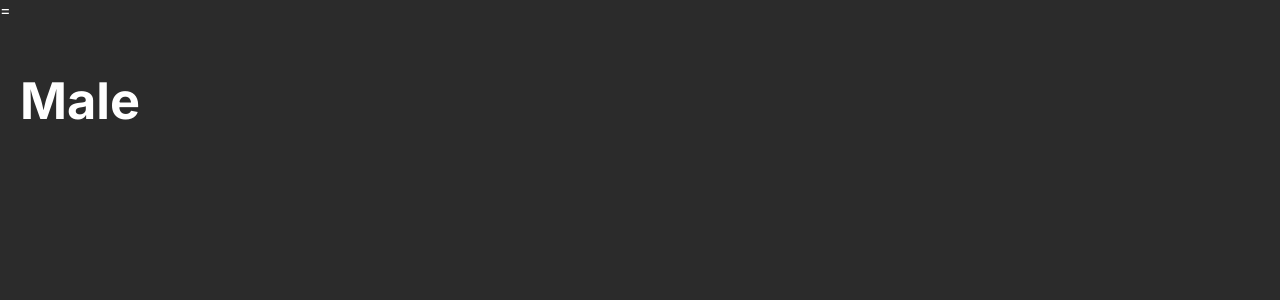
Repository: devhabeeblateef/tictactoe
Page: /
These files come from the project's save history. The page is drawn as it stood at one moment and after the next save; the edit follows.
The browser window is 1280 px wide. The pictures show the whole page.
The project was rebuilt for these pictures with package versions that can differ from the ones it lists, and the page was loaded fresh each time. Also part of the build but not shown: src/App.css.

Above is the page before, as saved 2022-06-17 01:00:49.

After the next save:
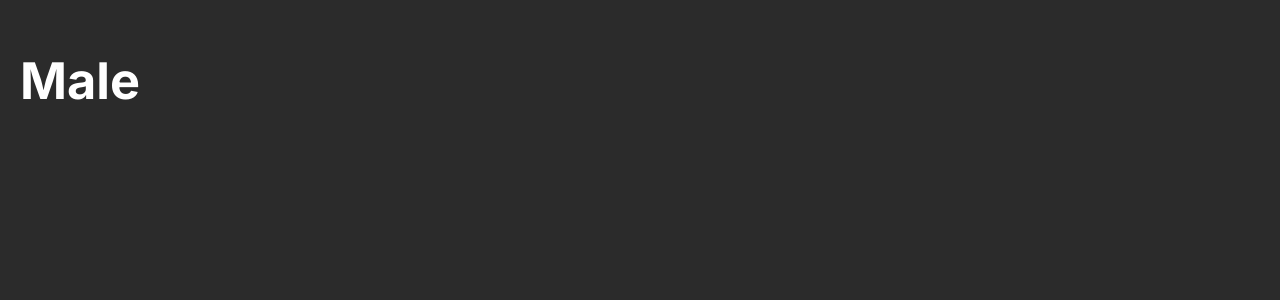
Saved 5 s later.
--- a/src/Form.js
+++ b/src/Form.js
@@ -4,7 +4,7 @@ import classes from './Home.module.css'
 function Form() {
   return (
     <div>
-        =<h1 className={classes.home__header}>
+        <h1 className={classes.home__header}>
             Male
         </h1>
     </div>
